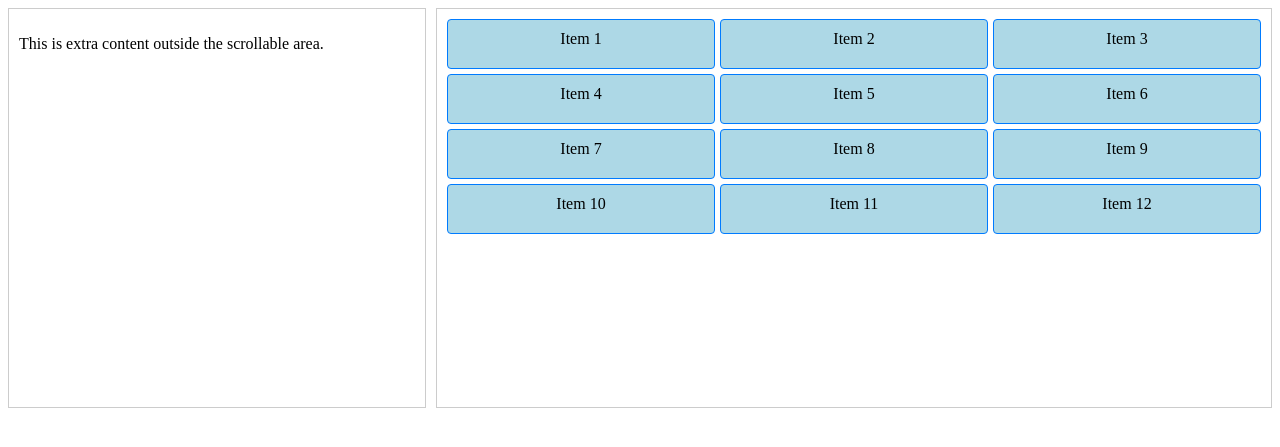
Repository: notgudmewhathuh12122334354556/GroceryInventory
Page: grid.html
The author's editor kept a copy of each file at every save. The page is drawn from the files as they stood at one save, then again after the next save.
The browser window is 1280 px wide. The pictures show the whole page.
An inner scrolling area shows only its first screen.

Above is the page before, as saved 2024-11-19 22:48:14.

After the next save:
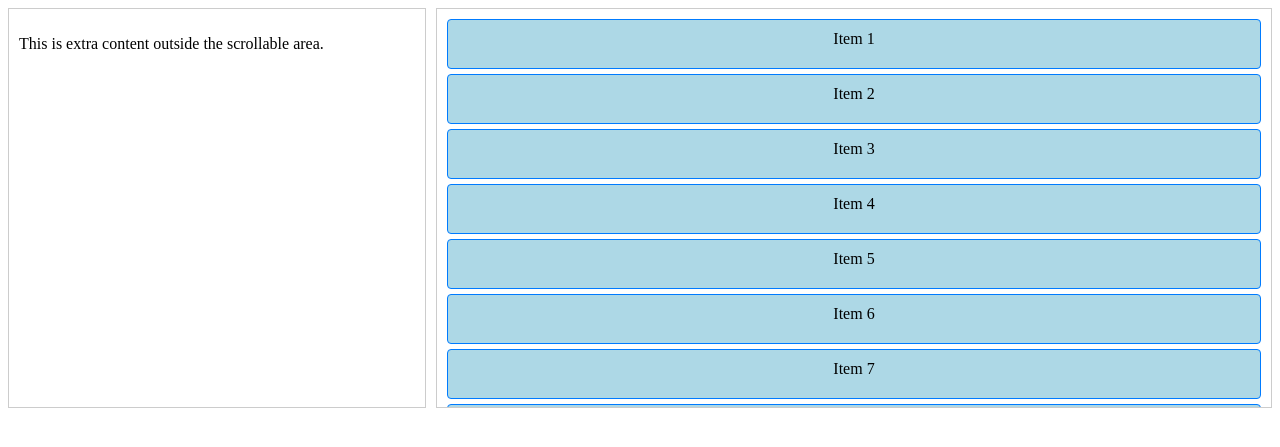
Saved 25 s later.
--- a/grid.html
+++ b/grid.html
@@ -16,7 +16,7 @@
     <div style="overflow-y: auto; max-height: 100%; padding: 10px; border: 1px solid #ccc;">
       <div style="
         display: grid;
-        grid-template-columns: repeat(3, 1fr);
+        grid-template-columns: 1fr;
         grid-auto-rows: minmax(50px, auto);
         gap: 5px;
       ">
